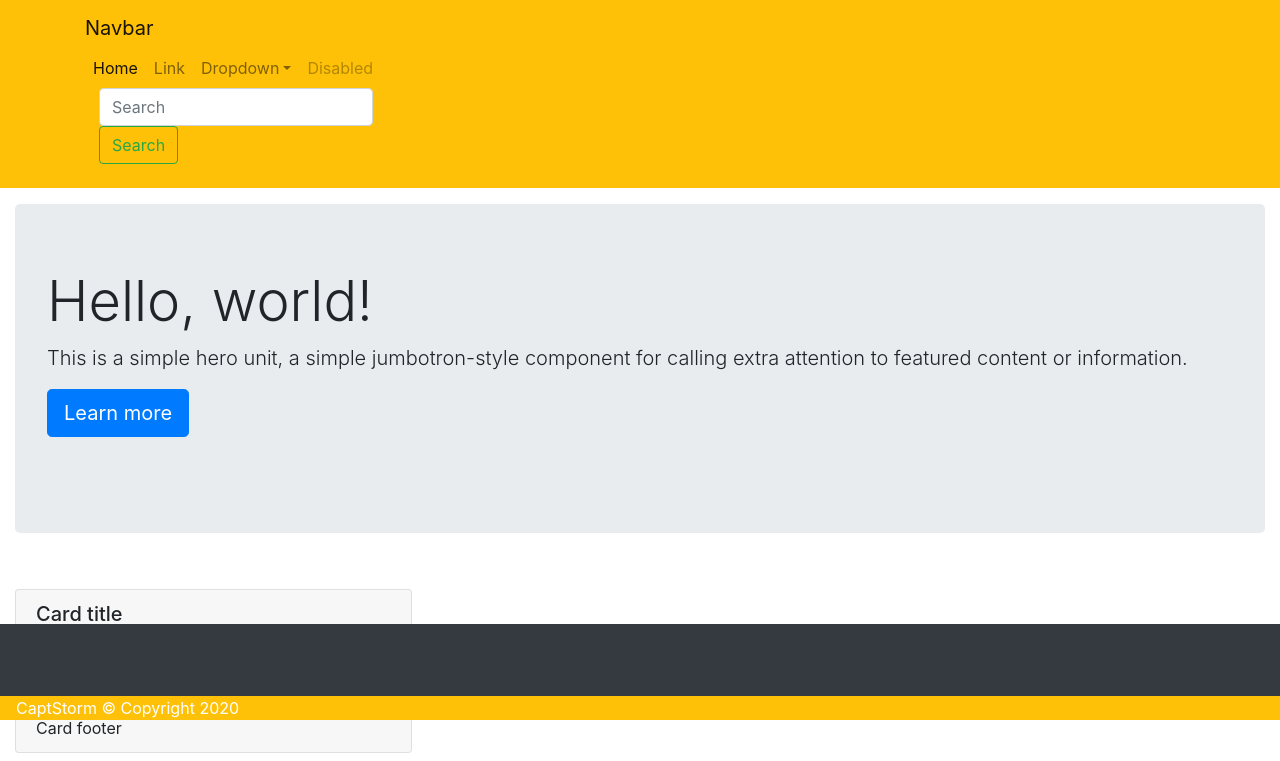
Repository: CaptainStorm21/complete-react16-bootstrap-passing-props
Page: /
The author's editor kept a copy of each file at every save. The page is drawn from the files as they stood at one save, then again after the next save.
The browser window is 1280 px wide. The pictures show the whole page.
The project was rebuilt for these pictures with package versions that can differ from the ones it lists, and the page was loaded fresh each time.

Above is the page before, as saved 2020-04-23 14:33:41.

### public/index.html
<!DOCTYPE html>
<html lang="en">
<head>
  <title>Bootstrap Example</title>
  <meta charset="utf-8">
  <meta name="viewport" content="width=device-width, initial-scale=1">
  <link rel="stylesheet" href="https://maxcdn.bootstrapcdn.com/bootstrap/4.4.1/css/bootstrap.min.css">
  <script src="https://ajax.googleapis.com/ajax/libs/jquery/3.4.1/jquery.min.js"></script>
  <script src="https://cdnjs.cloudflare.com/ajax/libs/popper.js/1.16.0/umd/popper.min.js"></script>
  <script src="https://maxcdn.bootstrapcdn.com/bootstrap/4.4.1/js/bootstrap.min.js"></script>
</head>
<body>
<div id="root"></div>

</body>
</html>

### src/index.js
import React from 'react';
import ReactDOM from 'react-dom';
import './style.css';
import App from './App';
import * as serviceWorker from './serviceWorker';


ReactDOM.render(
  <React.StrictMode>
    <App />
  </React.StrictMode>,
  document.getElementById('root')
);

// If you want your app to work offline and load faster, you can change
// unregister() to register() below. Note this comes with some pitfalls.
// Learn more about service workers: https://bit.ly/CRA-PWA
serviceWorker.unregister();

### src/style.css




body {
  margin: 0;
  font-family: -apple-system, BlinkMacSystemFont, 'Segoe UI', 'Roboto', 'Oxygen',
    'Ubuntu', 'Cantarell', 'Fira Sans', 'Droid Sans', 'Helvetica Neue',
    sans-serif;
  -webkit-font-smoothing: antialiased;
  -moz-osx-font-smoothing: grayscale;
}

.footer {
  position: absolute;
  bottom: 0;
  width: 100%;
  height: 60px; /* Set the fixed height of the footer here */
  line-height: 60px; /* Vertically center the text there */
  background-color: purple;
}

### src/App.js
import React from "react";
import Main from "./components/Main";
import ContanerCard from "./components/ContainerCard";

import Header from "./components/layout/Header";
import Footer from "./components/layout/Footer";

function App() {
  return (
    <div>
      <Header />
      <div classNameName="container-fluid">
        <div className="col-lg-12 py-3">
          <Main />
        </div>
        <div className="container-fluid">
          <div className="row">
            <ContanerCard />
          </div>
        </div>
        <Footer />
      </div>
    </div>
  );
}

export default App;

### src/components/Main.js
import React from "react";

function Main() {
  return (
    <div className="jumbotron">
      <h1 className="display-4">Hello, world!</h1>
      <p className="lead">
        This is a simple hero unit, a simple jumbotron-style component for
        calling extra attention to featured content or information.
        <p className = "py-3">
        <a className="btn btn-primary btn-lg" href="#" role="button">
          Learn more
        </a>
        </p>
      </p>
    </div>
  );
}

export default Main;

### src/components/ContainerCard.js
import React from "react";

function ContainerCard() {
  return (
    <div className="col-md-4 col-lg-4 py-2">
    <div className="card">
      <h5 className="card-header">Card title</h5>
      <div className="card-body">
        <p className="card-text">Card content</p>
      </div>
      <div className="card-footer">Card footer</div>
    </div>
    </div>
  );
}

export default ContainerCard;

### src/components/layout/Header.js
import React from "react";
import Navbar from "./Navbar";

function Header() {
  return (
    <nav className="navbar navbar-expand-lg navbar-light bg-warning">
              <Navbar />
    </nav>
  );
}

export default Header;

### src/components/layout/Footer.js
import React from "react";

function Footer() {
  return (
    <footer className="bg-dark py-5 fixed-bottom ">
      <div className="container"></div>
      <div className="container-fluid">
        <div className="row bg-info">
        <div className="bg-warning fixed-bottom">
          <span className="p-3 text-white">
            CaptStorm &copy; Copyright 2020
          </span>
        </div>        </div>
      </div>
    </footer>
  );
}

export default Footer;

### src/components/layout/Navbar.js
import React from "react";
import "./Nav.css";

function Navbar() {
  return (
<div className="container">
  <div className="row">
              <div className = "col">
   <a className="navbar-brand" href="/">Navbar</a>
        <button className="navbar-toggler" type="button" data-toggle="collapse" data-target="#navbarSupportedContent" aria-controls="navbarSupportedContent" aria-expanded="false" aria-label="Toggle navigation">
          <span className="navbar-toggler-icon"></span>
        </button>

        <div className="collapse navbar-collapse" id="navbarSupportedContent">
          <ul className="navbar-nav mr-auto">
            <li className="nav-item active">
              <a className="nav-link" href="/">Home <span className="sr-only">(current)</span></a>
            </li>
            <li className="nav-item">
              <a className="nav-link" href="/">Link</a>
            </li>
            <li className="nav-item dropdown">
              <a className="nav-link dropdown-toggle" href="/" id="navbarDropdown" role="button" data-toggle="dropdown" aria-haspopup="true" aria-expanded="false">
                Dropdown
              </a>
              <div className="dropdown-menu" aria-labelledby="navbarDropdown">
                <a className="dropdown-item" href="/">Action</a>
                <a className="dropdown-item" href="/">Another action</a>
                <div className="dropdown-divider"></div>
                <a className="dropdown-item" href="/">Something else here</a>
              </div>
            </li>
            <li className="nav-item">
              <a className="nav-link disabled" href="/">Disabled</a>
            </li>
          </ul>
</div>
          <div className="input-group mb-3 col-3">
  <div className="input-group-append ">
          <form className="form-inline ">
            <input className="form-control " type="search" placeholder="Search" aria-label="Search" />
            <button className="btn btn-outline-success" type="submit">Search</button>
          </form></div>
        </div></div>
  </div> </div>
)
}

export default Navbar;

### src/components/layout/Nav.css
@media (min-width: 768px) {
    .navbar-nav {
      width: 100%;
      text-align: center;
    }
    .navbar-nav > li {
      float: none;
      display: inline-block;
    }
    .navbar-nav > li.navbar-right {
      float: right !important;
    }
  }

Loaded but not shown: src/serviceWorker.js (common file)

After the next save:
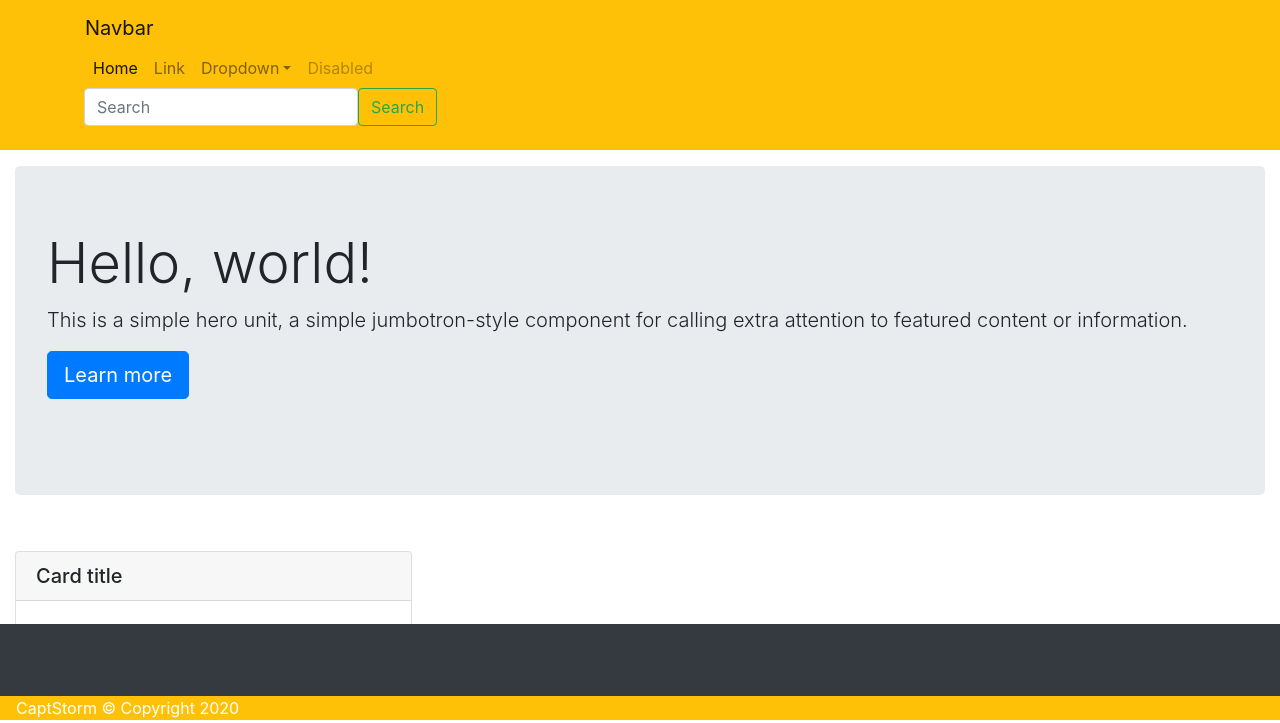
Saved 6 s later.
--- a/src/components/layout/Navbar.js
+++ b/src/components/layout/Navbar.js
@@ -35,7 +35,7 @@ function Navbar() {
             </li>
           </ul>
 </div>
-          <div className="input-group mb-3 col-3">
+          <div className="input-group mb-3">
   <div className="input-group-append ">
           <form className="form-inline ">
             <input className="form-control " type="search" placeholder="Search" aria-label="Search" />
